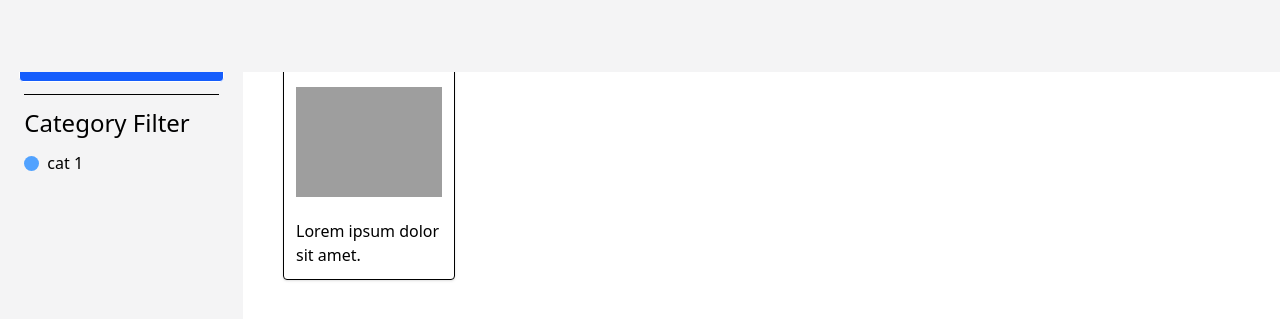
Repository: Habeebur1493/project
Page: /Home
The author's editor kept a copy of each file at every save. The page is drawn from the files as they stood at one save, then again after the next save.
The browser window is 1280 px wide. The pictures show the whole page.
Pictures or frames that could not be fetched are drawn as grey boxes. The project was rebuilt for these pictures with package versions that can differ from the ones it lists, and the page was loaded fresh each time. Also part of the build but not shown: vite.config.js, src/Components/Login.jsx, src/Components/Details.jsx.

Above is the page before, as saved 2025-01-31 11:50:33.

### index.html
<!doctype html>
<html lang="en">
  <head>
    <meta charset="UTF-8" />
    <meta name="viewport" content="width=device-width, initial-scale=1.0" />
    <title>Project</title>
  </head>
  <body>
    <div id="root"></div>
    <script type="module" src="/src/main.jsx"></script>
  </body>
</html>

### src/main.jsx
import React from "react";
import { createRoot } from "react-dom/client";
import App from "./App.jsx";
import { BrowserRouter } from "react-router-dom";

createRoot(document.getElementById("root")).render(

    <BrowserRouter>
      <App />
    </BrowserRouter>

);

### src/App.jsx
import React from "react";
import "./App.css";
import { Route, Routes } from "react-router-dom";
import Login from "./Components/Login.jsx";
import Home from "./Components/Home.jsx";
import Details from "./Components/Details.jsx";

const App = () => {
  return (
    <div className="h-screen w-screen flex">
      <Routes>
        <Route path="/" element={<Login />} />
        <Route path="/Home" element={<Home />} />
        <Route path="/details/:id" element={<Details />} />
      </Routes>
    </div>
  );
};

export default App;

### src/Components/Home.jsx
import React from 'react'
import Nav from './Nav'
import { Link } from 'react-router-dom'



const Home = () => {
  return (
    <>
    <Nav />

    <div className='w-[85%] p-10 pt-[5%] flex flex-wrap overflow-x-hidden overflow-y-auto'>
          <Link
          to='/details/1'
            className='mr-3 mb-3 card p-3 border shadow rounded w-[18%] h-[30vh] flex-col flex
            justify-center items-center'>
            <div
               className='hover:scale-110 mb-3 w-full h-[80%] bg-contain bg-no-repeat bg-center'
               style={{
                  backgroundImage:
                      "url(https://fakestoreapi.com/img/81fPKd-2AYL._AC_SL1500_.jpg)",
               }}
            ></div>
            <h1 className="hover:text-blue-300">Lorem ipsum dolor sit amet.</h1>
        </Link>
    </div>
    </>
  )
}

export default Home

### src/Components/Nav.jsx
import React from "react";

const Nav = () => {
  return (
    <>
      <nav className="w-[20%] h-[100%] bg-zinc-100 flex flex-col items-center pt-5  ">
        <a
          className="py-4 px-5 border rounded text-white text-xl bg-blue-600"
          href="/create"
        >
          Add New Product
        </a>
        <hr className="my-3 w-[80%]" />
        <h1 className="text-2xl mb-3 w-[80%]">Category Filter</h1>
        <ul className="w-[80%]">
          <li className="flex items-center mb-3">
            <span className="rounded-full mr-2 w-[15px] h-[15px] bg-blue-400"></span>
            {""}
            cat 1
          </li>
        </ul>
      </nav>

      <nav className="w-screen h-[10%] bg-zinc-100 flex justify-evenly
      items-center absolute overflow-y-auto">

      </nav>
    </>
  );
};

export default Nav;

Loaded but not shown: src/App.css (common file)

After the next save:
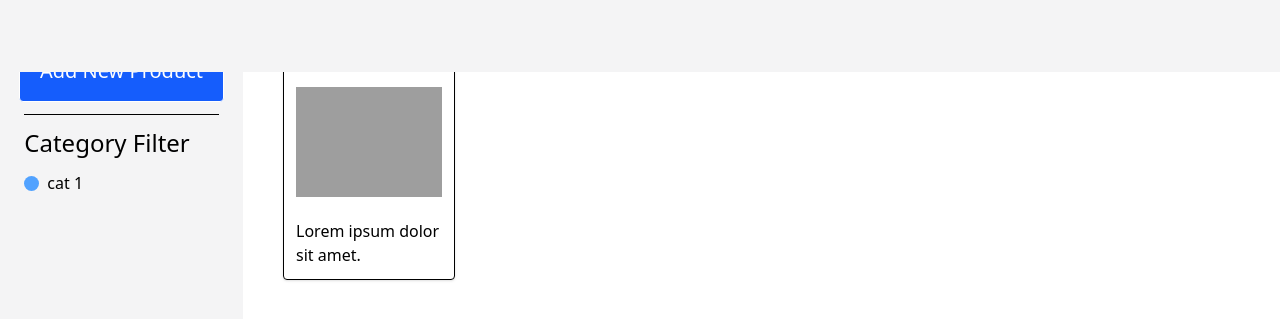
Saved 9 s later.
--- a/src/Components/Nav.jsx
+++ b/src/Components/Nav.jsx
@@ -5,7 +5,7 @@ const Nav = () => {
     <>
       <nav className="w-[20%] h-[100%] bg-zinc-100 flex flex-col items-center pt-5  ">
         <a
-          className="py-4 px-5 border rounded text-white text-xl bg-blue-600"
+          className="mt-5 py-4 px-5 border rounded text-white text-xl bg-blue-600"
           href="/create"
         >
           Add New Product
